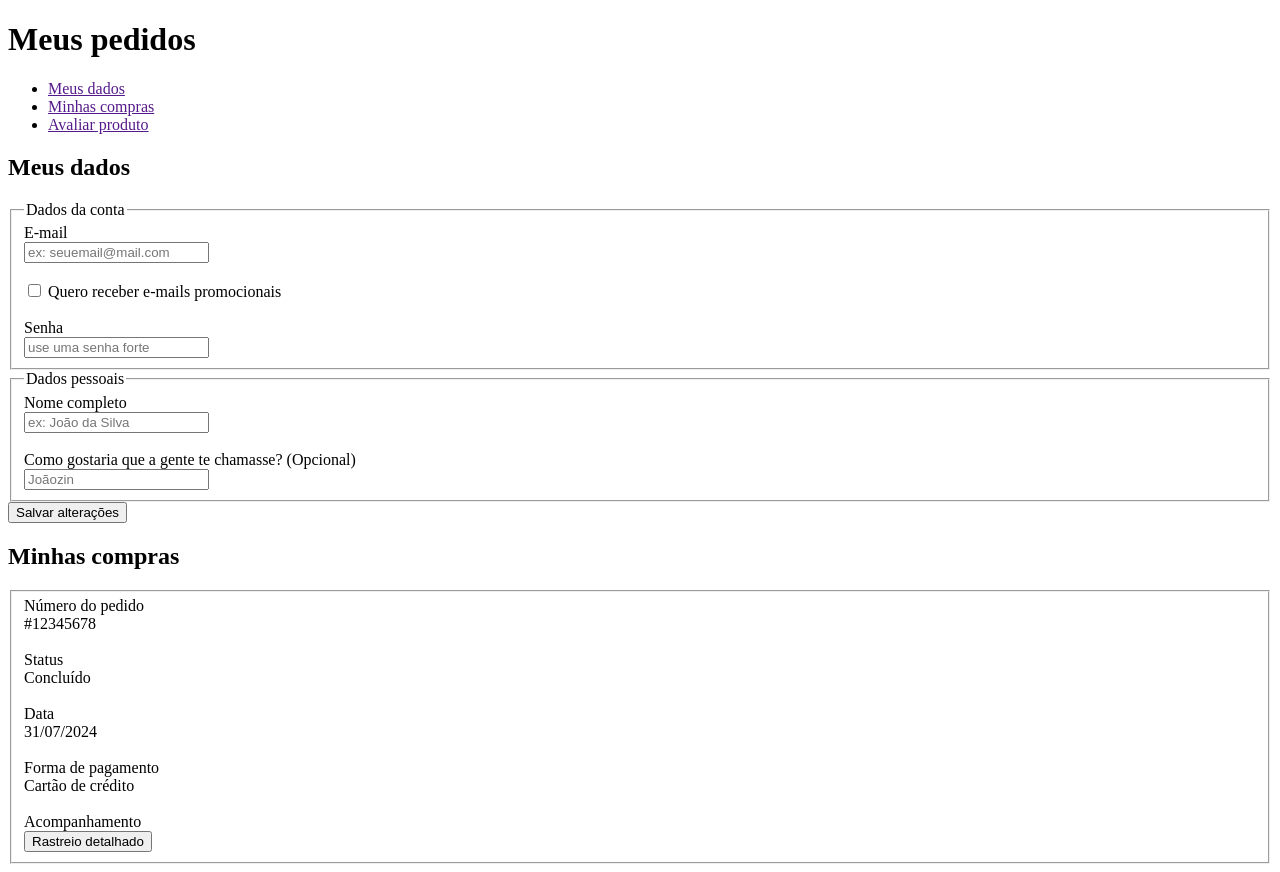
Repository: claudemir-camargo/site-compras
Page: index.html
These files come from the project's save history. The page is drawn as it stood at one moment and after the next save; the edit follows.
The browser window is 1280 px wide. The pictures show the whole page.

Above is the page before, as saved 2024-03-03 14:08:19.

After the next save:
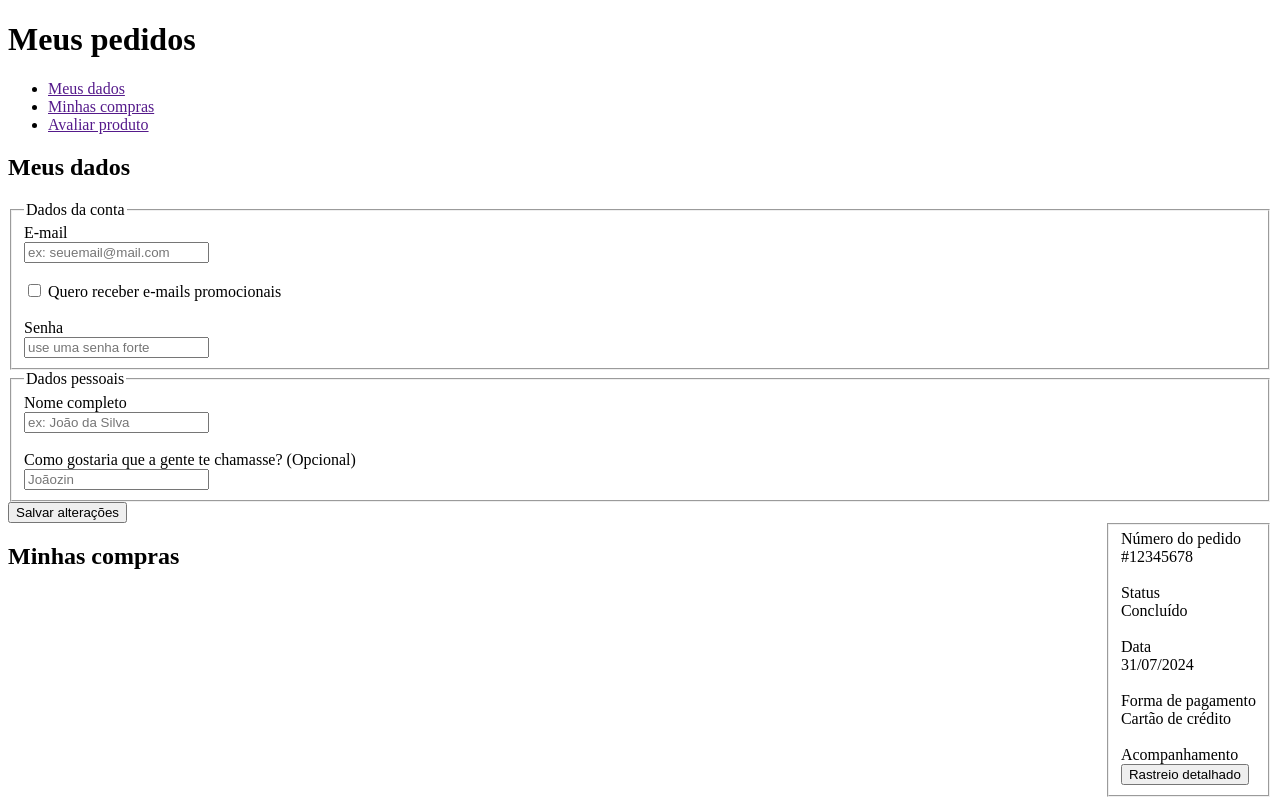
Saved 2 min 17 s later.
--- a/index.html
+++ b/index.html
@@ -3,6 +3,7 @@
 <head>
     <meta charset="UTF-8">
     <meta name="viewport" content="width=device-width, initial-scale=1.0">
+    <link rel="stylesheet" href="css/style.css" type="text/css"/>
     <title>Site de Compras</title>
 </head>
 <body>
